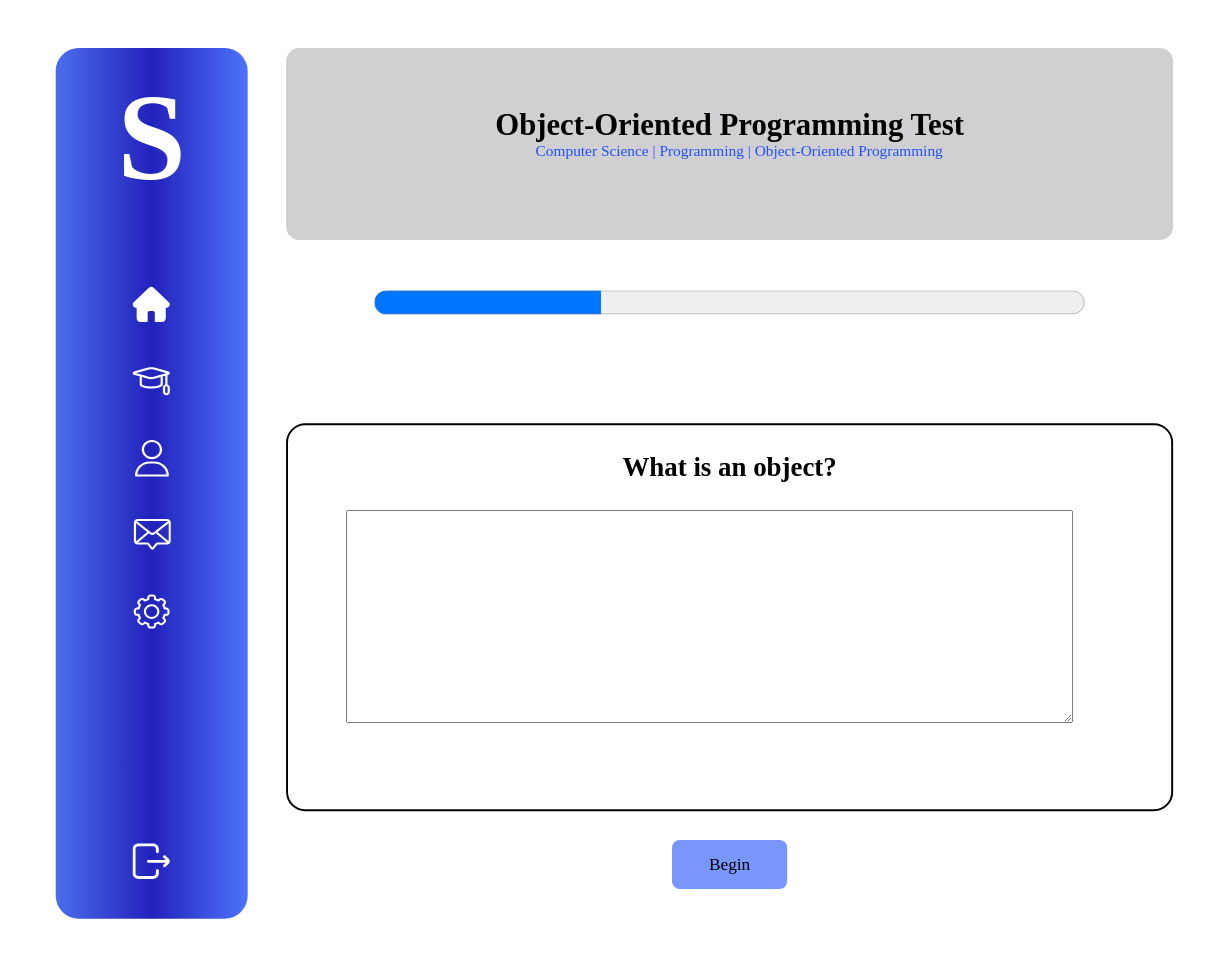
Repository: rafalzacher1/smartify-interface
Page: test.html
The author's editor kept a copy of each file at every save. The page is drawn from the files as they stood at one save, then again after the next save.
The browser window is 1280 px wide. The pictures show the whole page, at 96% of full size.
Some web fonts or font styles are not loaded; a fallback is used.

Above is the page before, as saved 2022-06-30 19:41:38.

### test.html
<!DOCTYPE html>
<html lang="en">

<head>
    <link rel="stylesheet" href="./styles/home.css">
    <link rel="stylesheet" href="./styles/navigation.css">
    <link rel="stylesheet" href="./styles/search.css">
    <link rel="stylesheet" href="./styles/test.css">
    <link rel="stylesheet" href="./styles/question.css">
    <link rel="stylesheet" href="https://cdnjs.cloudflare.com/ajax/libs/font-awesome/4.7.0/css/font-awesome.min.css">
    <link href='https://fonts.googleapis.com/css?family=Baloo Bhai' rel='stylesheet'>
</head>

<body>
    <div id="main-container">
        <div id="navigation-container">
            <h1>S</h1>

            <nav id="navigation-options">
                <svg width="27" height="25" viewBox="0 0 27 25" fill="none" xmlns="http://www.w3.org/2000/svg"
                    onclick="document.location='./index.html'">
                    <path
                        d="M25.5018 10.9867C25.5012 10.9862 25.5006 10.9856 25.5 10.985L14.8668 0.890976C14.4135 0.460518 13.8109 0.223389 13.17 0.223389C12.529 0.223389 11.9264 0.460329 11.473 0.890787L0.845318 10.9797C0.841738 10.9831 0.838158 10.9867 0.834579 10.9901C-0.0961545 11.8788 -0.0945635 13.3206 0.839153 14.207C1.26574 14.6122 1.82915 14.8469 2.43154 14.8714C2.456 14.8737 2.48066 14.8748 2.50552 14.8748H2.92932V22.3034C2.92932 23.7734 4.1892 24.9694 5.73803 24.9694H9.89809C10.3197 24.9694 10.6618 24.6449 10.6618 24.2444V18.4204C10.6618 17.7496 11.2365 17.204 11.9431 17.204H14.3968C15.1034 17.204 15.6782 17.7496 15.6782 18.4204V24.2444C15.6782 24.6449 16.02 24.9694 16.4419 24.9694H20.6019C22.1508 24.9694 23.4106 23.7734 23.4106 22.3034V14.8748H23.8036C24.4444 14.8748 25.047 14.6379 25.5006 14.2074C26.4353 13.3195 26.4357 11.8752 25.5018 10.9867V10.9867Z"
                        fill="white" />
                </svg>

                <svg width="29" height="22" viewBox="0 0 29 22" fill="none" xmlns="http://www.w3.org/2000/svg">
                    <path
                        d="M26.4228 13.5237V6.40629L26.734 6.31764C27.9305 5.97676 28.1816 5.39965 28.1816 4.97552C28.1816 4.55139 27.9304 3.97428 26.734 3.63356L16.4958 0.717713C15.8653 0.538127 15.0388 0.43924 14.1689 0.43924C13.299 0.43924 12.4726 0.538127 11.8419 0.717713L1.60382 3.63356C0.407257 3.97428 0.156067 4.55139 0.156067 4.97557C0.156067 5.3997 0.407202 5.97686 1.60376 6.31769L5.43281 7.4082V13.2841C5.43281 14.0138 5.93239 15.0416 8.31243 15.7947C9.88887 16.2936 11.9687 16.5683 14.1688 16.5683C16.3689 16.5683 18.4487 16.2936 20.0252 15.7947C22.4053 15.0415 22.9049 14.0138 22.9049 13.2841V7.40825L24.7806 6.87402V13.5237C23.7595 13.8501 23.0217 14.767 23.0217 15.8451V19.1846C23.0217 20.5351 24.179 21.6338 25.6017 21.6338C27.0242 21.6338 28.1816 20.5351 28.1816 19.1846V15.8451C28.1817 14.767 27.4439 13.8501 26.4228 13.5237ZM12.3137 2.21089C12.7886 2.07563 13.4647 1.9981 14.1689 1.9981C14.873 1.9981 15.5492 2.07563 16.024 2.21084L25.7315 4.97557L21.8438 6.08282C21.8416 6.08349 21.8394 6.08406 21.8372 6.08474L16.024 7.74036C15.5493 7.87556 14.8731 7.95309 14.169 7.95309C13.4649 7.95309 12.7886 7.87556 12.3138 7.74036L6.50073 6.08474C6.49849 6.08406 6.4963 6.08349 6.49405 6.08282L2.60639 4.97557L12.3137 2.21089ZM21.2629 11.2372C21.2629 13.3846 20.9647 13.8541 19.506 14.3157C18.0926 14.763 16.1971 15.0093 14.1689 15.0093C12.1406 15.0093 10.2452 14.763 8.83178 14.3157C7.37313 13.8541 7.07493 13.3845 7.07493 13.2841V7.87582L11.842 9.23348C12.4726 9.41307 13.299 9.51196 14.1689 9.51196C15.0388 9.51196 15.8652 9.41307 16.4959 9.23348L21.2629 7.87582V11.2372ZM26.5395 19.1845C26.5395 19.6754 26.1188 20.0748 25.6017 20.0748C25.0846 20.0748 24.6639 19.6755 24.6639 19.1845V15.845C24.6639 15.3541 25.0846 14.9546 25.6017 14.9546C26.1189 14.9546 26.5395 15.3541 26.5395 15.845V19.1845Z"
                        fill="white" />
                </svg>

                <svg width="24" height="26" viewBox="0 0 24 26" fill="none" xmlns="http://www.w3.org/2000/svg">
                    <path
                        d="M12.1698 0.827911C8.37379 0.827911 5.28546 3.75975 5.28546 7.36343C5.28546 10.9671 8.37379 13.899 12.1698 13.899C15.9659 13.899 19.0542 10.9671 19.0542 7.36343C19.0542 3.75975 15.9659 0.827911 12.1698 0.827911ZM12.1698 12.4466C9.21735 12.4466 6.81532 10.1663 6.81532 7.36343C6.81532 4.56057 9.21735 2.28025 12.1698 2.28025C15.1223 2.28025 17.5243 4.56057 17.5243 7.36343C17.5243 10.1663 15.1223 12.4466 12.1698 12.4466Z"
                        fill="white" />
                    <path
                        d="M20.7353 18.1686C18.8505 16.3518 16.3519 15.3513 13.6997 15.3513H10.64C7.98784 15.3513 5.48917 16.3518 3.60439 18.1686C1.72883 19.9765 0.695923 22.3628 0.695923 24.8883C0.695923 25.2894 1.03841 25.6145 1.46085 25.6145H22.8789C23.3013 25.6145 23.6438 25.2894 23.6438 24.8883C23.6438 22.3628 22.6109 19.9765 20.7353 18.1686ZM2.25944 24.1621C2.64267 20.043 6.25497 16.8036 10.64 16.8036H13.6997C18.0848 16.8036 21.6971 20.043 22.0803 24.1621H2.25944Z"
                        fill="white" />
                </svg>


                <svg width="27" height="23" viewBox="0 0 27 23" fill="none" xmlns="http://www.w3.org/2000/svg">
                    <path
                        d="M24.1913 0.381134H3.77551C2.23533 0.381134 0.9823 1.57067 0.9823 3.0328V15.7608C0.9823 17.223 2.23533 18.4125 3.77551 18.4125H10.353C10.4332 18.4125 10.5096 18.4491 10.5573 18.5105L12.957 21.5991C13.1975 21.9087 13.5678 22.0872 13.9729 22.089H13.979C14.3819 22.089 14.7514 21.9139 14.9937 21.608L17.4479 18.5087C17.4956 18.4484 17.5715 18.4124 17.6509 18.4124H24.1913C25.7315 18.4124 26.9845 17.2229 26.9845 15.7608V3.03276C26.9845 1.57063 25.7315 0.381134 24.1913 0.381134ZM25.4609 15.7608C25.4609 15.8747 25.4439 15.9848 25.4127 16.0892L17.5863 9.57636L25.4609 3.37251V15.7608ZM24.1913 1.8275C24.4235 1.8275 24.6413 1.88728 24.8287 1.99108L14.7964 9.8948C14.3265 10.265 13.6446 10.265 13.1747 9.8948L3.14064 1.98969C3.32753 1.88675 3.54433 1.8275 3.77551 1.8275H24.1913ZM2.55416 16.0892C2.52293 15.9848 2.50587 15.8747 2.50587 15.7608V3.36913L10.3826 9.57457L2.55416 16.0892ZM16.2301 17.6396L13.9808 20.4801L11.7834 17.6519C11.4498 17.2225 10.915 16.9661 10.3529 16.9661H3.81172L11.5698 10.5099L12.2017 11.0078C12.7186 11.415 13.3519 11.6185 13.9855 11.6185C14.6189 11.6185 15.2525 11.4148 15.7693 11.0078L16.399 10.5117L24.155 16.9661H17.6509C17.0952 16.9661 16.5641 17.2178 16.2301 17.6396Z"
                        fill="white" />
                </svg>

                <svg width="28" height="25" viewBox="0 0 28 25" fill="none" xmlns="http://www.w3.org/2000/svg">
                    <path
                        d="M14.8013 24.9227H13.1654C11.8422 24.9227 10.7657 23.9008 10.7657 22.6447V22.1193C10.2032 21.9486 9.65665 21.7333 9.13159 21.4753L8.73937 21.8477C7.7894 22.7506 6.2677 22.7241 5.34533 21.8473L4.18907 20.7497C3.26507 19.8735 3.23849 18.4294 4.18937 17.5277L4.58129 17.1556C4.30958 16.6571 4.08276 16.1384 3.90299 15.6043H3.34958C2.02648 15.6043 0.949951 14.5823 0.949951 13.3262V11.7731C0.949951 10.517 2.02648 9.4951 3.34963 9.4951H3.90304C4.08281 8.96103 4.30963 8.44223 4.58134 7.94378L4.18912 7.57148C3.2388 6.67028 3.26502 5.22602 4.18942 4.34942L5.34579 3.2517C6.2703 2.37283 7.79164 2.35089 8.73978 3.25199L9.13165 3.624C9.6567 3.3661 10.2032 3.15073 10.7658 2.98007V2.4547C10.7658 1.1986 11.8422 0.176666 13.1654 0.176666H14.8014C16.1245 0.176666 17.201 1.1986 17.201 2.4547V2.98012C17.7636 3.15073 18.3101 3.3661 18.8351 3.62405L19.2274 3.2517C20.1773 2.34876 21.699 2.37525 22.6214 3.25204L23.7777 4.34966C24.7017 5.22587 24.7283 6.66999 23.7774 7.57172L23.3854 7.94378C23.6572 8.44223 23.884 8.96098 24.0637 9.4951H24.6172C25.9403 9.4951 27.0168 10.517 27.0168 11.7731V13.3262C27.0168 14.5823 25.9403 15.6043 24.6172 15.6043H24.0637C23.884 16.1383 23.6572 16.6571 23.3854 17.1556L23.7777 17.5279C24.728 18.4291 24.7018 19.8734 23.7774 20.75L22.621 21.8477C21.6965 22.7266 20.1751 22.7485 19.227 21.8474L18.8351 21.4754C18.3101 21.7333 17.7636 21.9487 17.201 22.1193V22.6448C17.201 23.9008 16.1245 24.9227 14.8013 24.9227V24.9227ZM9.38692 19.9527C10.1163 20.3622 10.9014 20.6716 11.7203 20.8722C12.0575 20.9548 12.2931 21.2436 12.2931 21.5742V22.6447C12.2931 23.1013 12.6845 23.4727 13.1654 23.4727H14.8014C15.2824 23.4727 15.6737 23.1013 15.6737 22.6447V21.5742C15.6737 21.2436 15.9093 20.9548 16.2466 20.8722C17.0655 20.6716 17.8505 20.3622 18.5799 19.9527C18.8801 19.7842 19.2621 19.8301 19.5087 20.0641L20.3074 20.8224C20.6518 21.1497 21.2048 21.1421 21.5407 20.8227L22.6978 19.7243C23.0329 19.4066 23.0441 18.8815 22.6981 18.5535L21.899 17.7949C21.6525 17.5609 21.6042 17.1981 21.7817 16.9133C22.213 16.2208 22.5389 15.4756 22.7502 14.6981C22.8373 14.378 23.1414 14.1544 23.4897 14.1544H24.6172C25.0982 14.1544 25.4895 13.7829 25.4895 13.3263V11.7732C25.4895 11.3166 25.0982 10.9451 24.6172 10.9451H23.4897C23.1414 10.9451 22.8373 10.7214 22.7502 10.4013C22.5389 9.6239 22.213 8.87862 21.7817 8.18622C21.6042 7.90135 21.6525 7.53857 21.899 7.30454L22.6978 6.54626C23.0431 6.21886 23.0341 5.69397 22.6981 5.37541L21.5411 4.27707C21.2058 3.95827 20.6527 3.94894 20.3078 4.27678L19.5088 5.03535C19.2622 5.26942 18.88 5.31524 18.58 5.14675C17.8506 4.73724 17.0655 4.42786 16.2466 4.22724C15.9094 4.14464 15.6738 3.8559 15.6738 3.52526V2.4547C15.6738 1.99811 15.2824 1.62663 14.8014 1.62663H13.1655C12.6845 1.62663 12.2932 1.99811 12.2932 2.4547V3.52516C12.2932 3.8558 12.0576 4.14454 11.7203 4.22714C10.9014 4.42777 10.1164 4.73714 9.38697 5.14666C9.08679 5.3151 8.7047 5.26928 8.45818 5.03525L7.65948 4.27697C7.31511 3.94966 6.76205 3.95725 6.42619 4.27663L5.26911 5.37503C4.93401 5.69276 4.92281 6.21779 5.26881 6.54587L6.06787 7.30445C6.31438 7.53847 6.36265 7.90125 6.18522 8.18612C5.75385 8.87852 5.42801 9.62381 5.21667 10.4012C5.12961 10.7214 4.82547 10.945 4.47723 10.945H3.34963C2.86867 10.9451 2.47731 11.3165 2.47731 11.7731V13.3262C2.47731 13.7828 2.86867 14.1543 3.34963 14.1543H4.47718C4.82547 14.1543 5.12956 14.378 5.21662 14.6981C5.42796 15.4755 5.75385 16.2208 6.18517 16.9132C6.3626 17.1981 6.31433 17.5609 6.06782 17.7949L5.26906 18.5532C4.92378 18.8806 4.93279 19.4055 5.26876 19.724L6.42573 20.8224C6.76109 21.1412 7.31419 21.1505 7.65907 20.8226L8.45808 20.0641C8.63974 19.8917 9.01765 19.7454 9.38692 19.9527V19.9527Z"
                        fill="white" />
                    <path
                        d="M13.9834 17.9339C10.856 17.9339 8.31177 15.5185 8.31177 12.5497C8.31177 9.58082 10.856 7.16547 13.9834 7.16547C17.1107 7.16547 19.6549 9.58082 19.6549 12.5497C19.6549 15.5185 17.1107 17.9339 13.9834 17.9339ZM13.9834 8.61543C11.6982 8.61543 9.83912 10.3803 9.83912 12.5497C9.83912 14.719 11.6982 16.4839 13.9834 16.4839C16.2685 16.4839 18.1276 14.719 18.1276 12.5497C18.1276 10.3803 16.2685 8.61543 13.9834 8.61543Z"
                        fill="white" />
                </svg>


                <svg id="logout" width="27" height="26" viewBox="0 0 27 26" fill="none"
                    xmlns="http://www.w3.org/2000/svg">
                    <path
                        d="M18.5379 19.6672V21.6084C18.5379 23.7492 16.7034 25.4907 14.4484 25.4907H4.1734C1.91837 25.4907 0.0838623 23.7492 0.0838623 21.6084V4.52618C0.0838623 2.38541 1.91837 0.64386 4.1734 0.64386H14.4484C16.7034 0.64386 18.5379 2.38541 18.5379 4.52618V6.46734C18.5379 7.00343 18.0802 7.43792 17.5155 7.43792C16.9508 7.43792 16.4932 7.00343 16.4932 6.46734V4.52618C16.4932 3.45589 15.5758 2.58502 14.4484 2.58502H4.1734C3.04598 2.58502 2.12863 3.45589 2.12863 4.52618V21.6084C2.12863 22.6787 3.04598 23.5495 4.1734 23.5495H14.4484C15.5758 23.5495 16.4932 22.6787 16.4932 21.6084V19.6672C16.4932 19.1311 16.9508 18.6966 17.5155 18.6966C18.0802 18.6966 18.5379 19.1311 18.5379 19.6672ZM25.5083 11.4L23.2189 9.22667C22.8196 8.84753 22.1722 8.84753 21.773 9.22667C21.3736 9.60561 21.3736 10.2202 21.773 10.5991L23.4014 12.1452H11.1256C10.5609 12.1452 10.1032 12.5797 10.1032 13.1158C10.1032 13.6519 10.5609 14.0864 11.1256 14.0864H23.4014L21.773 15.6325C21.3736 16.0114 21.3736 16.626 21.773 17.005C21.9727 17.1945 22.2343 17.2893 22.4959 17.2893C22.7577 17.2893 23.0192 17.1945 23.2189 17.005L25.5083 14.8316C26.5049 13.8854 26.5049 12.3462 25.5083 11.4Z"
                        fill="white" />
                </svg>
            </nav>
        </div>

        <div id="test-container">
            <div id="test-container-header">
                <h1>Object-Oriented Programming Test</h1>
                <p>Computer Science | Programming | Object-Oriented Programming</p>
            </div>
        </div>

        <div id="question-container">
            <div class="question">
                <div id="progress">
                    <progress id="questions" value="32" max="100"> 32% </progress>
                </div>

                <div id="question">
                    <h3>What is an object?</h3>

                    <textarea name="question" type="text"></textarea>
                </div>
            </div>

            <div id="progress-container">
                <button id="question-button" class="question-option"
                    onclick="document.location='./topic.html'">Begin</button>
            </div>
        </div>
    </div>
</body>

</html>

<!-- Answer -->
<!--
    An object is a single instance of a class; it is created by invoking the constructors of the class. Class exists in source temporal scope and objects exist in run-time temporal scope.
 -->
<!-- https://www.grin.com/document/423537 -->

### styles/home.css
#main-container {
    display: grid;
    grid-template-columns: 2fr 8fr 4fr;
    grid-template-rows: 200px 200px 200px;
    gap: 40px;
    margin: 50px;
}

### styles/navigation.css
#navigation-container {
  font-family: "Baloo Bhai";
  font-size: 26px;
  background: rgb(32, 80, 251);
  background: linear-gradient(
    90deg,
    rgba(30, 74, 233, 0.8) 0%,
    rgba(10, 10, 180, 0.9) 50%,
    rgba(32, 80, 251, 0.8) 100%
  );
  border-radius: 24px;
  width: 200px;
  height: 100%;
  text-align: center;
  display: inline-block;
  grid-column: 1;
  grid-row: 1 / 5;
}

#navigation-container h1 {
  font-family: "Baloo Bhai";
  font-size: 128px;
  color: #ffffff;
  margin: 0;
  padding-top: 20px;
  padding-bottom: 60px;
}

#navigation-options svg {
  margin-left: auto;
  margin-right: auto;
  display: block;
  padding: 20px;
  height: 40px;
  width: 40px;
}

#navigation-options svg:hover {
  opacity: 0.4;
  cursor: pointer;
}

#logout {
  margin-top: 180px;
  margin-bottom: 20px;
}

### styles/search.css
#search-container {
  grid-column: 3;
  grid-row: 1;
}

#search-container h2 {
  font-family: "Baloo Bhai";
  font-size: 16px;
}

form.example input[type="text"] {
  padding: 10px;
  font-size: 17px;
  border: 1px solid grey;
  float: left;
  width: 70%;
  background: #f1f1f1;
  border-radius: 15px 0 0 15px;
  font-family: "Baloo Bhai";
  font-size: 32px;
}

form.example button {
  float: left;
  width: 20%;
  padding: 10px;
  background: #2050fb;
  opacity: 0.6;
  color: white;
  font-size: 17px;
  border: 1px solid grey;
  border-left: none;
  cursor: pointer;
  border-radius: 0 15px 15px 0;
  font-family: "Baloo Bhai";
  font-size: 32px;
  box-sizing: border-box;
}

form.example button:hover {
  opacity: 1;
}

form.example::after {
  content: "";
  clear: both;
  display: table;
}

### styles/test.css
#test-container {
  grid-column: 2 / 4;
  grid-row: 1;
  background-color: #d0d0d3;
  border-radius: 14px;
}

#test-container h1 {
  font-family: "Baloo Bhai";
  font-size: 32px;
  margin-bottom: 0;
}

#test-container p {
  color: #2050fb;
  font-family: "Baloo Bhai";
  font-size: 16px;
  margin-top: 0;
  padding-left: 20px;
}

#test-container-header {
  text-align: center;
  margin-top: 62px;
  margin-bottom: 62px;
}

### styles/question.css
#question-container {
  grid-column: 2 / 4;
  grid-row: 2 / 5;
}

#progress {
  width: 80%;
  margin-left: auto;
  margin-right: auto;
}

.question-option,
input[type="submit"],
input[type="reset"] {
  background: none;
  color: inherit;
  border: none;
  padding: 0;
  font: inherit;
  cursor: pointer;
  outline: inherit;
  width: 30%;
  font-family: "Baloo Bhai";
  font-size: 18px;
}

#question {
    margin-top: 100px;
    height: 400px;
    border: 2px solid #000000;
    border-radius: 20px;
}

#progress-container {
    text-align: center;
}

#question-button {
  width: 120px;
  margin: 30px 20px;
  border-radius: 8px;
  padding: 15px;
  background-color: rgba(32, 80, 251, 0.6);
}

#question-button:hover {
  background-color: rgba(32, 80, 251, 1);
}

#questions {
  width: 100%;
  height: 50px;
}

#question h3 {
    text-align: center;
    font-family: "Baloo Bhai";
    font-size: 28px;
}

#question textarea {
    margin: 0 60px 0 60px;
    padding: 10px;
    width: 80%;
    height: 200px;
    font-family: "Baloo Bhai";
    font-size: 16px;
}

After the next save:
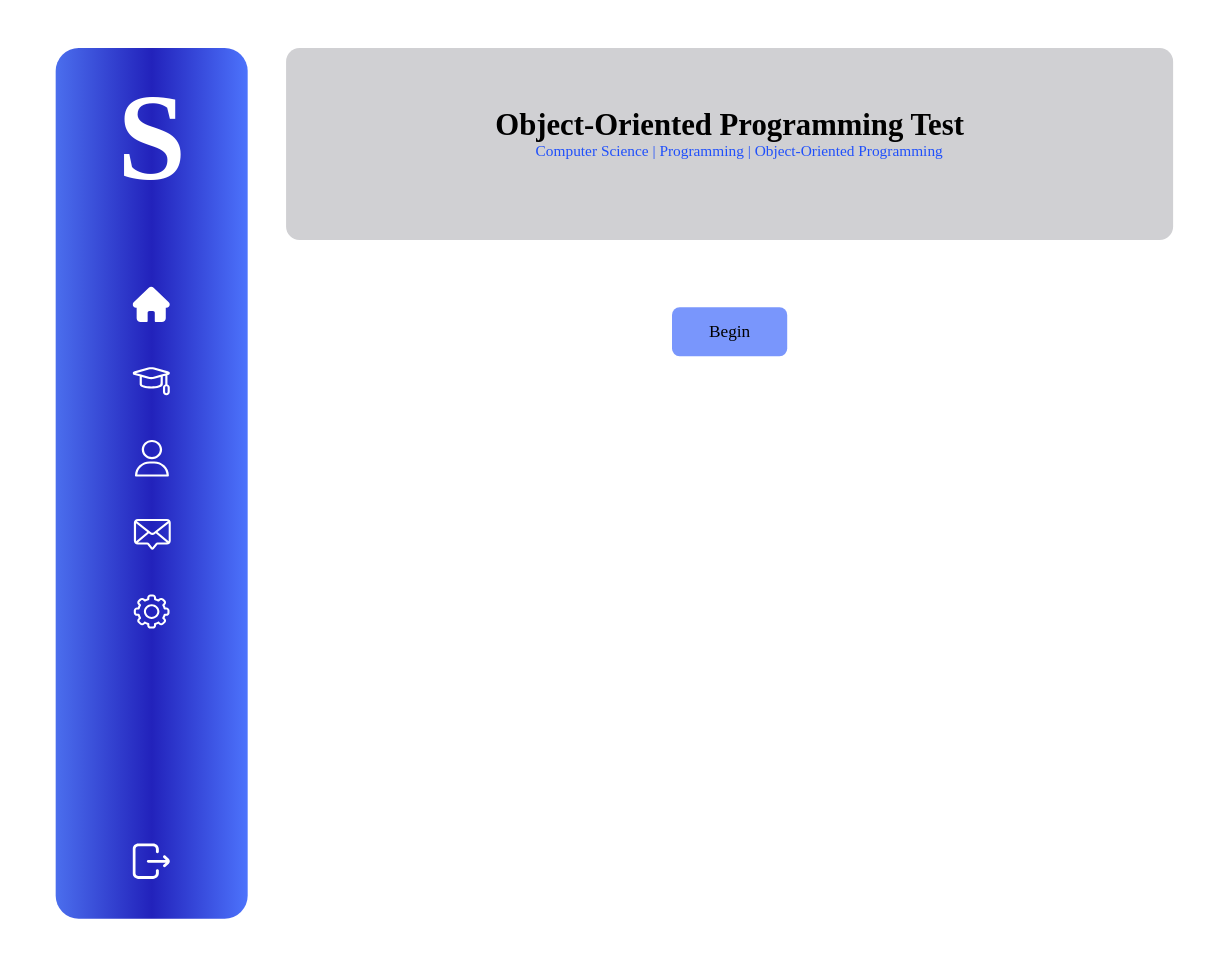
Saved 3 min 47 s later.
--- a/test.html
+++ b/test.html
@@ -73,7 +73,7 @@
         </div>
 
         <div id="question-container">
-            <div class="question">
+            <template class="question">
                 <div id="progress">
                     <progress id="questions" value="32" max="100"> 32% </progress>
                 </div>
@@ -83,7 +83,7 @@
 
                     <textarea name="question" type="text"></textarea>
                 </div>
-            </div>
+            </template>
 
             <div id="progress-container">
                 <button id="question-button" class="question-option"
